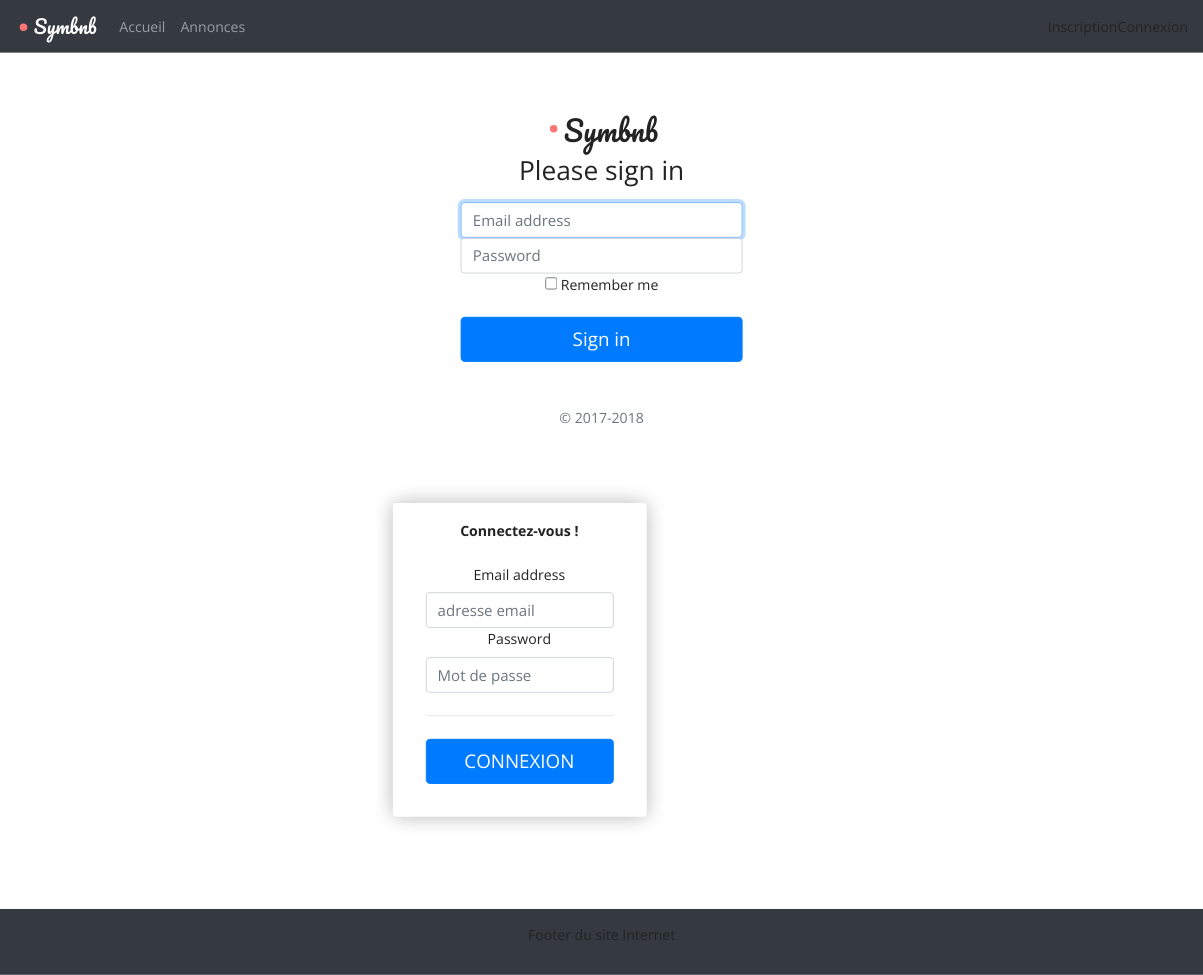
Repository: buzzEclair/symbnb
Page: templates/account/login.html.twig
The author's editor kept a copy of each file at every save. The page is drawn from the files as they stood at one save, then again after the next save.
The browser window is 1280 px wide. The pictures show the whole page, at 94% of full size.
The page is a Twig template of a Symfony application; nobody is signed in and links lead nowhere. The template is opened directly, without the code that normally fills it, so the values that code supplies are empty.

Above is the page before, as saved 2019-03-15 14:07:50.

### templates/account/login.html.twig
{% extends 'base.html.twig' %}

{% block title %}Connectez vous !{% endblock %}

{% block body %}
<div class="container text-center">
        <form class="form-signin">
                <h1 class="logo">Symbnb</h1>
                <h1 class="h3 mb-3 font-weight-normal">Please sign in</h1>
                {% if hasError %}
                    <div class="alert alert-danger">Une erreur est survenue, le nom d'utilisateur est invalide</div>
                 {% endif %}
                <label for="inputEmail" class="sr-only">Email address</label>
                <input type="email" id="inputEmail" class="form-control" placeholder="Email address" required="" autofocus="">
                <label for="inputPassword" class="sr-only">Password</label>
                <input type="password" id="inputPassword" class="form-control" placeholder="Password" required="">
                <div class="checkbox mb-3">
                  <label>
                    <input type="checkbox" value="remember-me"> Remember me
                  </label>
                </div>
                <button class="btn btn-lg btn-primary btn-block" type="submit">Sign in</button>
                <p class="mt-5 mb-3 text-muted">© 2017-2018</p>
              </form>
    <div class="row">
        <div class="col-sm-9 col-md-7 col-lg-5 mx-auto">
            <div class="card card-signin my-5">
            <div class="card-body">
                <h5 class="card-title text-center">Connectez-vous !</h5>



                <form class="form-signin" action="{{ path('account_login') }}" method="POST">
                <div class="form-label-group">
                    <label for="email">Email address</label>

                    <input type="text" class="form-control" name="_username" id="email" placeholder="adresse email" required autofocus value={{username}}>
                </div>

                <div class="form-label-group">
                    <label for="password">Password</label>
                    <input type="password" name="_password" id="password" placeholder="Mot de passe" class="form-control" required >

                </div>

                <hr class="my-4">
                <button class="btn btn-lg btn-primary btn-block text-uppercase" type="submit">Connexion</button>
                </form>
            </div>
            </div>
        </div>
    </div>
</div>
{% endblock %}

### templates/base.html.twig
<!DOCTYPE html>
<html>
    <head>
        <meta charset="UTF-8">
        <title>{% block title %}Welcome!{% endblock %}</title>
        <link rel="stylesheet" href="/css/bootstrap.min.css">
        <link rel="stylesheet" href="https://use.fontawesome.com/releases/v5.7.2/css/all.css" integrity="sha384-fnmOCqbTlWIlj8LyTjo7mOUStjsKC4pOpQbqyi7RrhN7udi9RwhKkMHpvLbHG9Sr" crossorigin="anonymous">
        <link href="https://fonts.googleapis.com/css?family=Open+Sans:400,600,700" rel="stylesheet">
        <link href="https://fonts.googleapis.com/css?family=Pacifico" rel="stylesheet">

        <link rel="stylesheet" href="/css/base.css">
        {% block stylesheets %}{% endblock %}
    </head>
    <body>

        {% include 'partials/header.html.twig' %}


        {% block body %}{% endblock %}
        {% include 'partials/footer.html.twig' %}
        <script src="/js/jquery.min.js"></script>
        <script src="/js/popper.min.js"></script>
        <script src="/js/bootstrap.min.js"></script>
        {% block javascripts %}{% endblock %}
    </body>
</html>

### templates/partials/header.html.twig
<nav class="navbar navbar-expand-md navbar-dark bg-dark">
    <a class="navbar-brand logo" href="{{path('homepage')}}"><span class="round-logo"></span>Symbnb</a>


    {% if is_granted('ROLE_ADMIN') %}
    <a href="{{path('admin_dashboard')}}">Dashboard</a>
    {% endif %}
    <button class="navbar-toggler" type="button" data-toggle="collapse" data-target="#navbarColor01" aria-controls="navbarColor01" aria-expanded="false" aria-label="Toggle navigation">
        <span class="navbar-toggler-icon"></span>
    </button>

    <div class="collapse navbar-collapse" id="navbarColor01">
        <ul class="navbar-nav mr-auto">
            <li class="">
                <a class="nav-link" href="{{path('homepage')}}">Accueil </a>
            </li>
            <li class="">
                <a class="nav-link" href="{{path('ads_index')}}">Annonces </a>
            </li>
        </ul>

        <ul class="navbar-nav ml-auto">
            {% if app.user %}
            <div class="dropdown">
                <button class="btn btn-dark dropdown-toggle btn-sm" type="button" id="dropdownMenuButton" data-toggle="dropdown" aria-haspopup="true" aria-expanded="false">
                    <img src="{{ app.user.picture }}" alt="{{ app.user.slug }}" class="rounded-circle user-avatar-nav" > {{app.user.firstName}}
                </button>
                <div class="dropdown-menu dropdown-menu-right dropdown-account" aria-labelledby="dropdownMenuButton ">
                    <a class="dropdown-item" href="{{ path('account_index') }}"><i class="fas fa-user-circle"></i> Mon compte</a>
                    <div class="dropdown-divider"></div>
                    <a class="dropdown-item" href="{{ path('ads_create') }}"><i class="fas fa-list-alt"></i> Créer une annonce</a>
                    <a class="dropdown-item" href="{{ path('account_bookings') }}"><i class="fas fa-book"></i> Mes réservations</a>
                    <a class="dropdown-item" href="{{ path('account_profile') }}"><i class="fas fa-info-circle"></i> Modifier mes informations</a>
                    <a class="dropdown-item" href="{{ path('account_update_password') }}"><i class="fas fa-key"></i> Changer de mot de passe</a>

                    <div class="dropdown-divider"></div>
                    <a class="dropdown-item" href="{{ path('account_logout') }}"><i class="fas fa-times-circle"></i> Logout</a>
                </div>
            </div>
            {% else %}
                <li class="nav-item">
                    <a href="{{ path('account_register') }}">Inscription</a>
                </li>
                <li class="nav-item">
                    <a href="{{ path('account_login') }}">Connexion</a>
                </li>
            {% endif %}

        </ul>

    </div>
</nav>

{% for label, messages in app.flashes %}
    <div class="container">
        <div class="alert alert-{{label}}">
            {% for message in messages %}
                <p>{{ message | raw }}</p>
            {% endfor %}
        </div>
    </div>
{% endfor %}

### templates/partials/footer.html.twig
<footer class="mt-5 bg-dark py-3 text-center mt-5">
    <p>Footer du site Internet</p>
</footer>

### public/css/base.css
body, a{
    color: #232323;
    font-family: 'Open Sans', sans-serif;
    font-size: 15px;
}

.logo{
    font-family: 'Pacifico', cursive;
    font-size: 20px;
    position: relative;
    margin-left: 20px;
}

.logo::before{
    content: '';
    position: absolute;
    width: 8px;
    height: 8px;
    border-radius: 100%;
    background: #fe7576;
    margin-top: 12px;
    margin-left: -15px;;
}

ul{
    padding: 0;
}

ul li{
    list-style: none;
}
.card-parameter-stars i{
    color: #008489;
    font-size: 12px;
    letter-spacing: -3px;
}

.datepicker table tr td.disabled{
    color: crimson !important;
    background: rgba(0, 0, 0, 0.815);
}

.container{
    margin-top: 50px;
}

.card{
    max-width: 270px;
    border: none;
    margin-bottom: 50px !important;
    box-shadow: 1px 1px 21px 0 rgba(0,0,0,0.14), -1px -1px 21px 0 rgba(0,0,0,0.14);
    transition-duration: 0.5s;
}

.card h6{
   font-size: 13px;
   font-weight: 600;
}

.card h5{
   font-size: 15px;
   font-weight: 900;
}

.card-ad img{
    min-height: 160px;
}

.card:hover{
    box-shadow: 1px 1px 21px rgba(254,117,118,0.4), -1px -1px 21px 0 rgba(254,117,118,0.4);
}

.card-info-1{
    font-size: 13px;
}

.card-info-2{
    font-size: 13px;
    font-weight: 600;
    margin-bottom: 0;
}

a:hover{
    text-decoration: none;
    color: #232323;
}

.title-page-header{
    margin-bottom: 40px;
}

.user-avatar-nav{
    width: 30px;
    margin-right: 5px;
}

.dropdown-account i {
    color: #008489;
}

.block-profile{
    box-shadow: 1px 1px 21px 0 rgba(0, 0, 0, 0.062), -1px -1px 21px 0 rgba(0, 0, 0, 0.062);
    border-radius: 4px;
    padding: 10px;
    margin-bottom: 30px;
}

.block-profile p{
    margin-bottom: 5px;
}

.block-profile .booking-profile .booking-profile-ligne{
    background: #f3f3f3;
    height: 80px;
    width: 100%;
    border-radius: 4px;
    display: flex;
    align-items: center;
    margin-bottom: 5px;
    margin-top: 5px;
}

.block-profile .booking-profile .booking-profile-ligne img{
    width: 60px;
    height: 60px;
    border-radius: 100%;
}

.block-profile .booking-profile .booking-profile-ligne .info-booking-profile{
    font-size: 11px;
    display: flex;
    flex-direction: column;
}

.block-profile .booking-profile .booking-profile-ligne .info-booking-profile span{
    margin-left: 10px;
}

.block-profile .booking-profile .booking-profile-ligne .info-booking-profile a{
    font-size: 10px;
    background: #fe7576;
    color: white;
}

.block-profile .ad-profile a img{
    width: 100px;
    height: 100px;
    border-radius: 100%;

}
.block-profile .ad-profile p{
    font-size: 13px;
    color: #008489;
}

.profile-option li{
    margin-top: 20px;
    font-size: 12px;
}

.ad-content{
    margin-top: 50px;
}

.ad-info h5{
    font-size: 15px;
    font-weight: 600;
}

.ad-info h4{
    font-size: 25px;
    font-weight: 900;
}

.ad-info h6{
    font-size: 15px;
}

.img-ad{
    padding:0;
}

.img-ad img{
   width: 100%;
}

.card-booking{
    max-width: 100%;
}

.card-booking .img-ad-user{
    height: 45px;
    border-radius: 100%;
}

span.price-booking{
    font-size: 21px;
    font-weight: 900;
}

.card-booking-stars{
    font-size: 13px;
}
.card-booking-stars .param-booking-stars i{
    color: #008489;
    font-size: 10px;
    letter-spacing: -3px;
}

.card-parameter-vote{
    margin-left: 5px;
}

.btn-booking{
    display: block;
    background: #fe7576;
    height: 42px;
    width: 80%;
    color: white;
    text-align: center;
    line-height: 40px;
}

.btn-booking:hover{
    color: white;
}
.media-comment{
    margin-bottom: 20px;
}
.media-comment img{
    width: 64px;
}

.media-comment h5{
    font-size: 15px;
}

.media-comment i{
    font-size: 11px;
    letter-spacing: -3px;
    color: #008489;
}

.media-body{
    background: #c4dedf;
    padding: 5px;
    border-radius: 4px;
}

.card-ad{
    margin: 0 auto;
}

.form-signin {
    width: 100%;
    max-width: 330px;
    padding: 15px;
    margin: 0 auto;
}

h1.logo{
    font-size: 30px;
}

Loaded but not shown: public/css/bootstrap.min.css (library); public/js/jquery.min.js (library); public/js/popper.min.js (library); public/js/bootstrap.min.js (library)

After the next save:
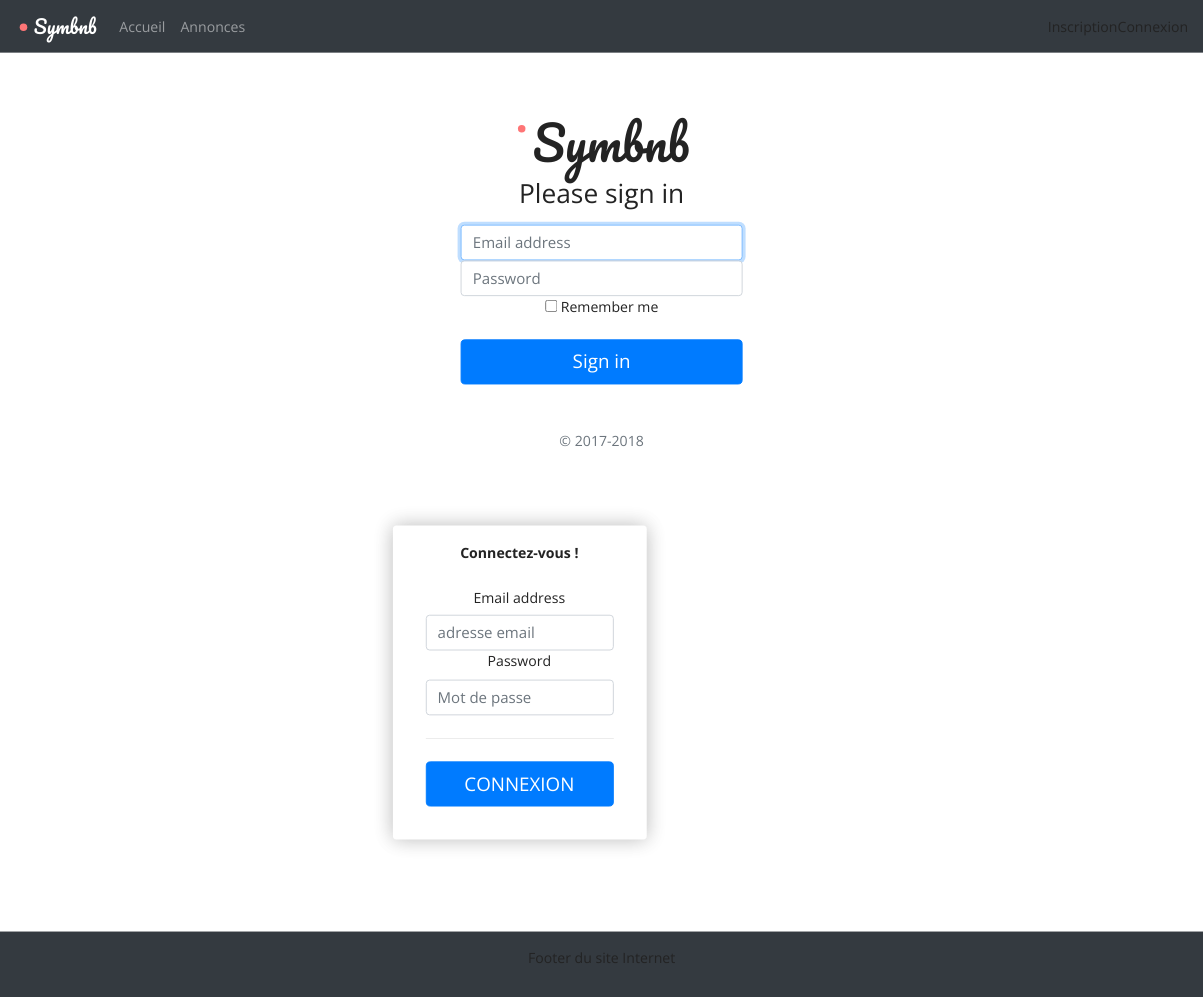
Saved 6 s later.
--- a/public/css/base.css
+++ b/public/css/base.css
@@ -259,5 +259,5 @@ span.price-booking{
 }
 
 h1.logo{
-    font-size: 30px;
-}
+    font-size: 50px;
+}
